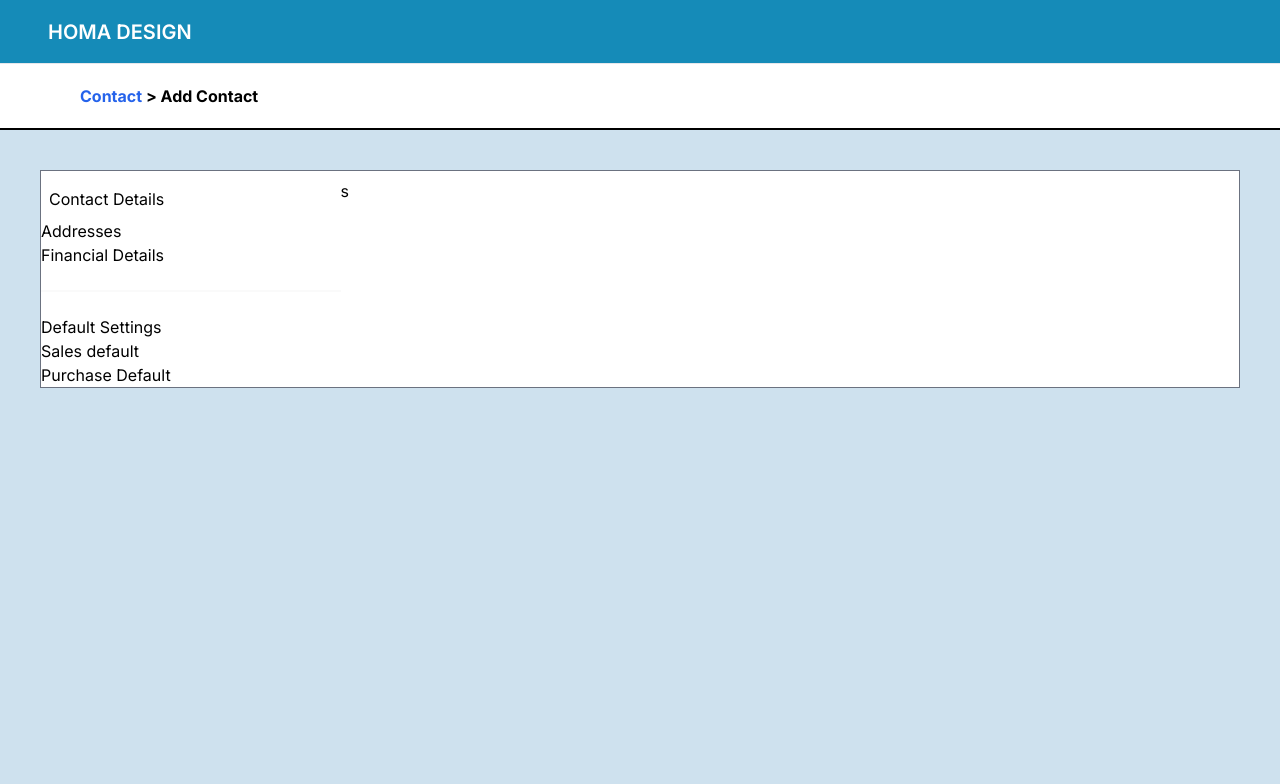
Repository: khairul35/homa-FE
Page: /contact, after clicking the first element matching `button.ml-5`
These files come from the project's save history. The page is drawn as it stood at one moment and after the next save; the edit follows.
The browser window is 1280 px wide. The pictures show the whole page.
The project was rebuilt for these pictures with package versions that can differ from the ones it lists, and the page was loaded fresh each time. The framework's server and built-in components were replaced by stand-ins that run in the browser. Also part of the build but not shown: next.config.js, app/components/layout/header/BusinessMenu.tsx, app/components/layout/header/CompanyMenu.tsx.

Above is the page before, as saved 2024-01-06 11:54:07.

### app/layout.tsx
import type { Metadata } from 'next'
import { Inter } from 'next/font/google'
import Header from './components/layout/Header';
import './globals.css'

const inter = Inter({ subsets: ['latin'] })

export const metadata: Metadata = {
  title: 'MyAccount2U',
  description: 'Accounting System',
}

export default function RootLayout({
  children,
}: {
  children: React.ReactNode
}) {
  return (
    <html lang="en">
      <body className={inter.className}>
        <div className='flex flex-col h-screen'>
          <Header />
          {children}
        </div>
      </body>
    </html>
  )
}

### app/contact/page.tsx
'use client';
import { useState } from 'react';
import { ComponentProps } from './index.props';
import Component from './index.component';
import ContactForm from './form';
import { FormProps } from './form/index.props';

const Contact = () => {
    const [currentTab, setCurrentTab] = useState('all');
    const [show, setShow] = useState<'list'|'form'>('list');
    const selectedStyle = {
        backgroundColor: '#ECECEC',
        borderBottom: '3px solid #158BB8',
    };

    const onClickAddContact = () => {
        setShow('form');
    };

    const componentProps: ComponentProps = {
        currentTab,
        selectedStyle,
        setCurrentTab,
        onClickAddContact
    };

    const contactFormProps: FormProps = {
        setShow,
    };

    if (show == 'list') {
        return (<Component {...componentProps} />);
    }
    if (show == 'form') {
        return (<ContactForm {...contactFormProps} />);
    }
    return(<></>);
};

export default Contact;

### app/contact/index.component.tsx
import { ComponentProps } from "./index.props";

const Component = (props: ComponentProps) => {
    const {
        currentTab,
        selectedStyle,
        onClickAddContact,
        setCurrentTab,
    } = props;

    return (
        (
            <main className="flex min-h-screen flex-col justify-between bg-bg-color">
                <div>
                    <div className="bg-white">
                        <div className="flex items-center justify-between px-4 sm:px-6 md:px-8">
                            <div className="flex items-center space-x-2">
                                <span
                                    className="hidden sm:inline font-semibold p-5 cursor-pointer"
                                    style={currentTab == 'all' ? selectedStyle : undefined }
                                    onClick={() => setCurrentTab('all')}
                                >
                                    All
                                </span>
                                <span
                                    className="hidden sm:inline font-semibold p-5 cursor-pointer"
                                    style={currentTab == 'customers' ? selectedStyle : undefined }
                                    onClick={() => setCurrentTab('customers')}
                                >
                                    Customers
                                </span>
                                <span
                                    className="hidden sm:inline font-semibold p-5 cursor-pointer"
                                    style={currentTab == 'suppliers' ? selectedStyle : undefined }
                                    onClick={() => setCurrentTab('suppliers')}
                                >
                                    Suppliers
                                </span>
                                <span
                                    className="hidden sm:inline font-semibold p-5 cursor-pointer"
                                    style={currentTab == 'archieved' ? selectedStyle : undefined }
                                    onClick={() => setCurrentTab('archieved')}
                                >
                                    Archieved
                                </span>
                                <span
                                    className="hidden sm:inline font-semibold p-5 cursor-pointer"
                                    style={currentTab == 'groups' ? selectedStyle : undefined }
                                    onClick={() => setCurrentTab('groups')}
                                >
                                    Groups
                                </span>
                            </div>
                            <div className="flex items-center">
                                <h2 className="hidden sm:block text-xl font-semibold">
                                    Contacts
                                </h2>
                                <div className="flex items-center ml-2">
                                    <button className="ml-5" onClick={onClickAddContact}>
                                        <svg xmlns="http://www.w3.org/2000/svg" width="30" height="30" viewBox="0 0 45 45" fill="none">
                                            <rect width="45" height="45" rx="2" fill="#8ACA2C"/>
                                            <path d="M37.25 19.75H34.25V16.75C34.25 16.3375 33.9125 16 33.5 16H32C31.5875 16 31.25 16.3375 31.25 16.75V19.75H28.25C27.8375 19.75 27.5 20.0875 27.5 20.5V22C27.5 22.4125 27.8375 22.75 28.25 22.75H31.25V25.75C31.25 26.1625 31.5875 26.5 32 26.5H33.5C33.9125 26.5 34.25 26.1625 34.25 25.75V22.75H37.25C37.6625 22.75 38 22.4125 38 22V20.5C38 20.0875 37.6625 19.75 37.25 19.75ZM18.5 22C21.8141 22 24.5 19.3141 24.5 16C24.5 12.6859 21.8141 10 18.5 10C15.1859 10 12.5 12.6859 12.5 16C12.5 19.3141 15.1859 22 18.5 22ZM22.7 23.5H21.9172C20.8766 23.9781 19.7188 24.25 18.5 24.25C17.2812 24.25 16.1281 23.9781 15.0828 23.5H14.3C10.8219 23.5 8 26.3219 8 29.8V31.75C8 32.9922 9.00781 34 10.25 34H26.75C27.9922 34 29 32.9922 29 31.75V29.8C29 26.3219 26.1781 23.5 22.7 23.5Z" fill="white"/>
                                        </svg>
                                    </button>
                                    <button className="ml-5">
                                        <svg xmlns="http://www.w3.org/2000/svg" width="6" height="20" viewBox="0 0 6 27" fill="none">
                                            <circle cx="2.75704" cy="2.75704" r="2.75704" fill="#494949"/>
                                            <circle cx="2.75704" cy="13.5002" r="2.75704" fill="#494949"/>
                                            <circle cx="2.75704" cy="24.2429" r="2.75704" fill="#494949"/>
                                        </svg>
                                    </button>
                                </div>
</div>

                        </div>
                    </div>
                    <div>
                        data
                    </div>
                </div>
            </main>
        )
    )
};

export default Component;

### app/contact/form/index.tsx
'use client';

import Component from "./index.component";
import { ComponentProps, FormProps } from "./index.props";

const ContactForm = (props: FormProps) => {
    const { setShow } = props;

    const onBack = () => {
        setShow('list');
    };

    const componentProps: ComponentProps = {
        onBack,
    };

    return (<Component {...componentProps} />)
};

export default ContactForm;

### api/organization/index.ts
import repository from "../repository";
import { CreateOrganizationProps, UpdateOrganizationProps } from "./props";

const resource = '/api/organization';

const api = {
    findMyOrganization() {
        return repository.get(`${resource}/me`);
    },
    findMyOrganizations() {
        return repository.get(`${resource}/me/all`);
    },
    createOrganization(body: CreateOrganizationProps) {
        return repository.post(`${resource}`, body);
    },
    updateOrganization(body: UpdateOrganizationProps) {
        return repository.put(`${resource}`, body);
    },
    updateCurrentOrganization(organizationId: number) {
        return repository.put(`${resource}/current-organization/${organizationId}`);
    },
};

export default api;

### app/contact/form/index.component.tsx
import { ComponentProps } from "./index.props"

const Component = (props: ComponentProps) => {
    const { onBack } = props;
    return (
        <div className="bg-bg-color min-h-screen overflow-auto pb-5">
            <div className="bg-white border-b-2 border-black">
                <h1 className="pl-20 pt-5 pb-5 text-l font-bold">
                    <a
                        className="text-blue-600 cursor-pointer"
                        onClick={() => onBack()}
                    >
                        Contact
                    </a>
                    &nbsp;&gt; Add Contact
                </h1>
            </div>
            <div
                className="flex
                    flex-col
                    md:flex-row
                    bg-white
                    m-10
                    pt-2
                    border-gray-500
                    border-solid
                    border"
                >
                <div className="md:w-1/4 md:order-1">
                    <div className="p-2">
                        Contact Details
                    </div>
                    <div>
                        Addresses
                    </div>
                    <div>
                        Financial Details
                    </div>
                    <div className="divider before:bg--gray-500 after:bg--gray-500"></div>
                    <div>
                        Default Settings
                    </div>
                    <div>
                        Sales default
                    </div>
                    <div>
                        Purchase Default
                    </div>
                </div>
                <div className="md:w-3/4 md:order-2">
                    s
                </div>
            </div>
        </div>
    );
};

export default Component;

### api/repository.ts
import axios from 'axios';
import AuthRepository from './auth';

const repository = axios.create({
    baseURL: 'http://localhost:3000',
});

// Request interceptor to add Bearer token to outgoing requests
repository.interceptors.request.use(
    (config) => {
        const accessToken = localStorage.getItem('accessToken');
        if (accessToken) {
            config.headers.Authorization = `Bearer ${accessToken}`;
        }
        return config;
    },
    (error) => {
        return Promise.reject(error);
    }
);

let isRefreshing = false;
let failedQueue: any = [];

// Function to refresh the session and retry failed requests
async function retryFailedRequests(error: any) {
    if (isRefreshing) {
        try {
            const { data } = await AuthRepository.refreshToken();
            localStorage.setItem('accessToken', data.accessToken);
            localStorage.setItem('refreshToken', data.refreshToken);
            localStorage.setItem('isLogin', 'true');
            failedQueue.forEach((prom: any) => {
                prom.resolve(repository(prom.originalRequest));
            });
            failedQueue = [];
        } catch (error) {
            localStorage.setItem('isLogin', 'false');
            window.location.href = '/login';
            failedQueue.forEach((prom: any) => {
                prom.reject(error);
            });
            failedQueue = [];
        } finally {
            isRefreshing = false;
        }
    }
}

// Response interceptor to handle failed requests due to expired tokens
repository.interceptors.response.use(
    (response) => response,
    async (error) => {
        const {
            config,
            response: { status },
        } = error;

        if (status === 401) {
            const originalRequest = config;
            if (!isRefreshing) {
                isRefreshing = true;
                return new Promise((resolve, reject) => {
                    failedQueue.push({ resolve, reject, originalRequest });
                    retryFailedRequests(error);
                }).then((res) => {
                    return res;
                }).catch((err) => {
                    return Promise.reject(err);
                });
            } else {
                return new Promise((resolve, reject) => {
                    failedQueue.push({ resolve, reject, originalRequest });
                }).then((res) => {
                    return res;
                }).catch((err) => {
                    return Promise.reject(err);
                });
            }
        }
        return Promise.reject(error.response);
    }
);

export default repository;

### api/auth.ts
import repository from "./repository";

const resource = "/api/auth";

const api = {
    login(username: string, password: string) {
        return repository.post(
            `${resource}/login`,
            { username, password },
        );
    },
    refreshToken() {
        return repository.post(
            `${resource}/refreshToken`,
            { refreshToken: localStorage.getItem('refreshToken') },
        );
    },
    logout() {
        return repository.post(`${resource}/logout`);
    },
    logoutAllDevice() {
        return repository.post(`${resource}/logout/all-device`);
    },
};

export default api;

### tailwind.config.ts
import type { Config } from 'tailwindcss'

const config: Config = {
  content: [
    './pages/**/*.{js,ts,jsx,tsx,mdx}',
    './components/**/*.{js,ts,jsx,tsx,mdx}',
    './app/**/*.{js,ts,jsx,tsx,mdx}',
  ],
  theme: {
    extend: {
      backgroundImage: {
        'gradient-radial': 'radial-gradient(var(--tw-gradient-stops))',
        'gradient-conic':
          'conic-gradient(from 180deg at 50% 50%, var(--tw-gradient-stops))',
      },
      backgroundColor: {
        'bg-color': '#CEE1EE', // Define a custom background color class
      },
      button: {
        'primary': '#158BB8',
      },
      fontWeight: {
        'label': '600',
      },
    },
  },
  plugins: [require("daisyui")],
  daisyui: {
    themes: [
      {
        mytheme: {
          "primary": "#158BB8",
          "secondary": "#d926a9",
          "accent": "#1fb2a6",
          "neutral": "#2a323c",
          "base-100": "#1d232a",
          "info": "#3abff8",
          "success": "#36d399",
          "warning": "#fbbd23",
          "error": "#f87272",
        },
      },
    ],
  },
}
export default config

Loaded but not shown: app/globals.css (common file); app/components/layout/Header.tsx (150 lines, source omitted)

After the next save:
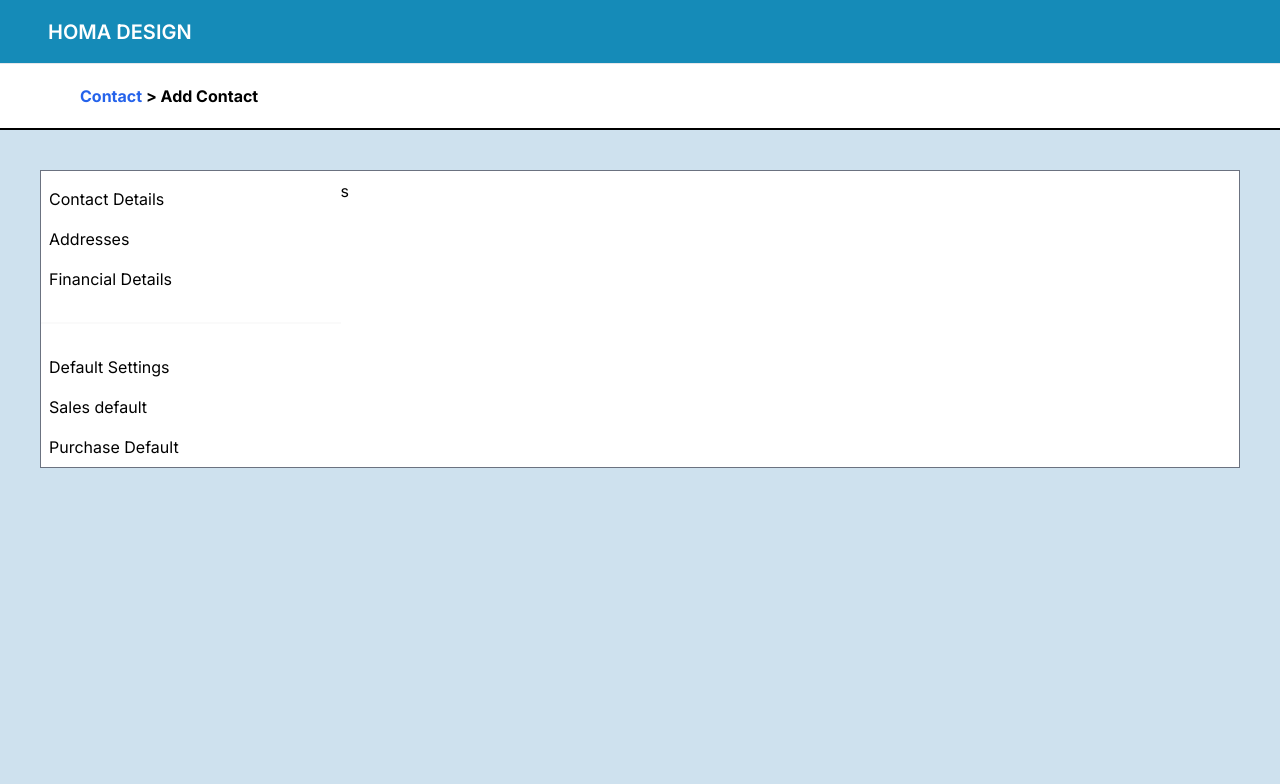
Saved 19 s later.
--- a/app/contact/form/index.component.tsx
+++ b/app/contact/form/index.component.tsx
@@ -30,20 +30,20 @@ const Component = (props: ComponentProps) => {
                     <div className="p-2">
                         Contact Details
                     </div>
-                    <div>
+                    <div className="p-2">
                         Addresses
                     </div>
-                    <div>
+                    <div className="p-2">
                         Financial Details
                     </div>
                     <div className="divider before:bg--gray-500 after:bg--gray-500"></div>
-                    <div>
+                    <div className="p-2">
                         Default Settings
                     </div>
-                    <div>
+                    <div className="p-2">
                         Sales default
                     </div>
-                    <div>
+                    <div className="p-2">
                         Purchase Default
                     </div>
                 </div>
